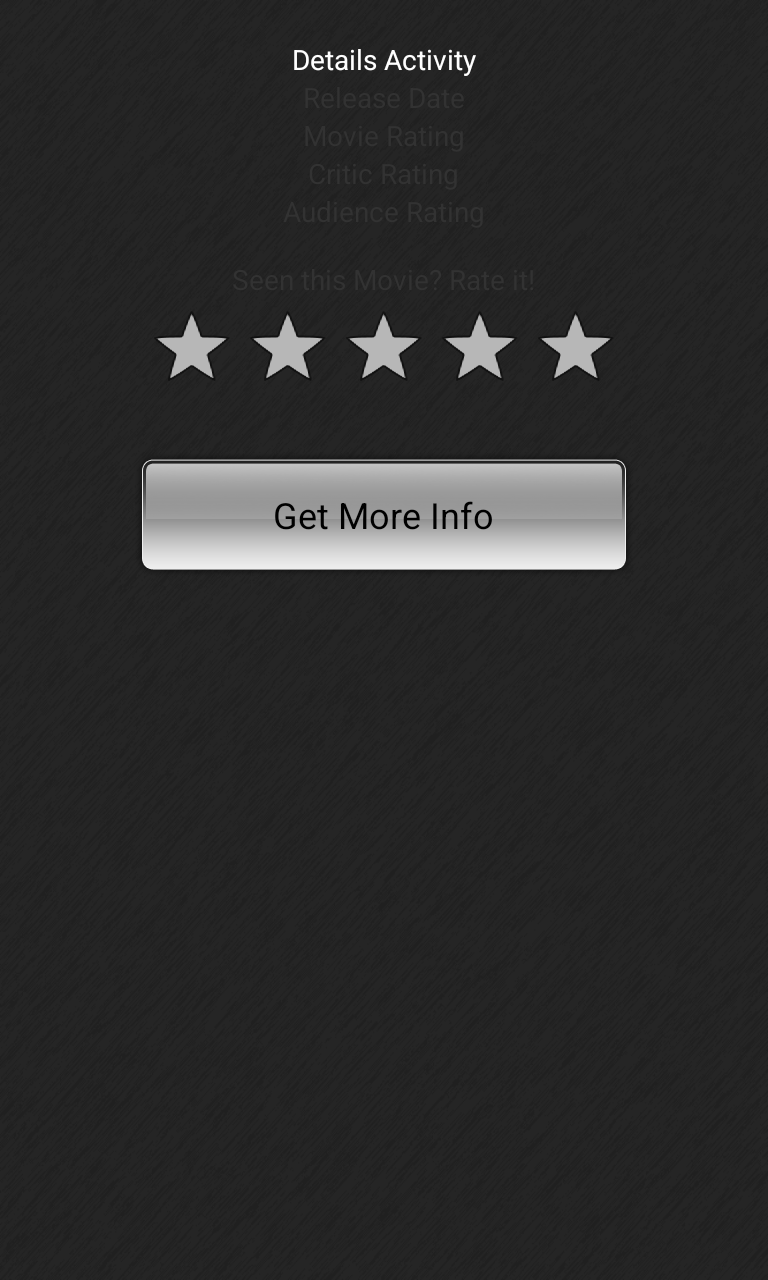
Repository: efreestone/Java2_Freestone
Layout: Java2Project2/res/layout/activity_details.xml
An editor plug-in stored every save of this project. The layout is shown before and after the next save, followed by the edit.
It is drawn on a 768 x 1280 px phone screen (xhdpi) without system bars, with theme AppTheme; the app's code is not run.

Above is the layout before, as saved 2014-05-16 01:39:13.

After the next save:
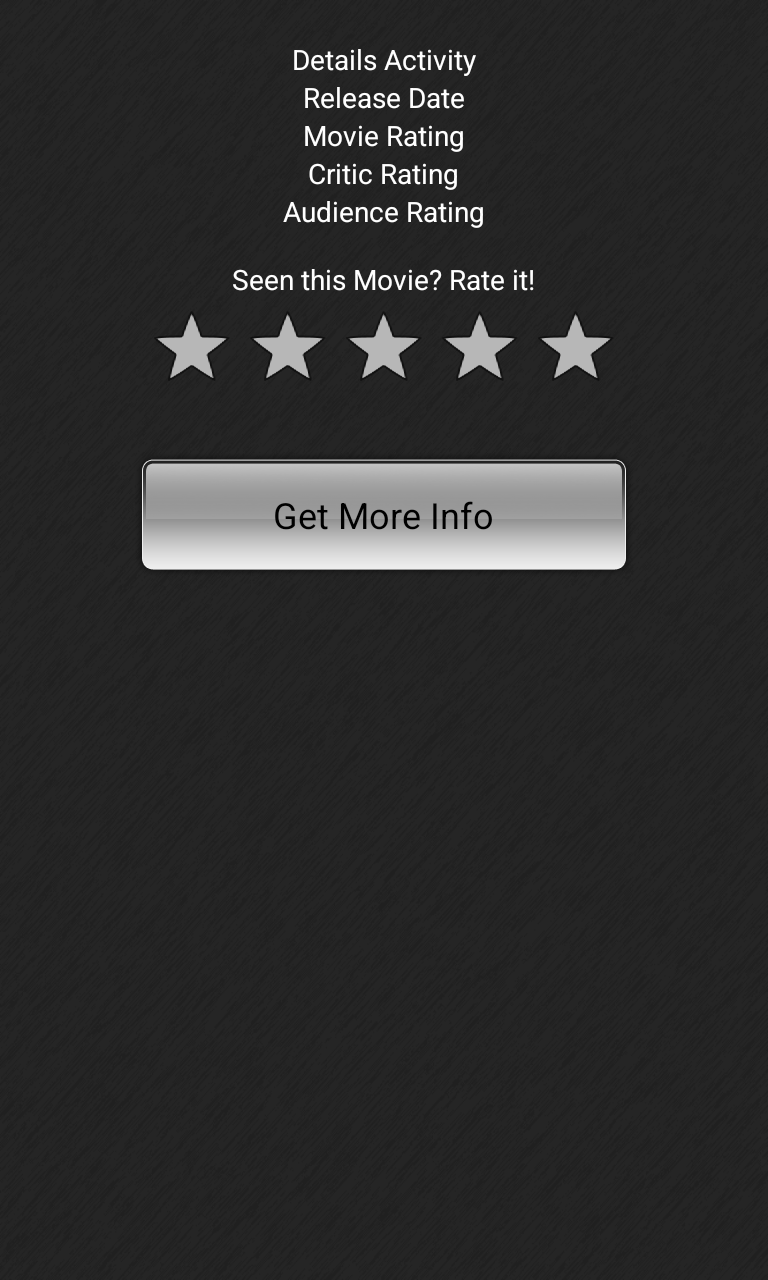
Saved 21 s later.
--- a/Java2Project2/res/layout/activity_details.xml
+++ b/Java2Project2/res/layout/activity_details.xml
@@ -18,31 +18,35 @@
         android:id="@+id/releaseTextView"
         android:layout_width="wrap_content"
         android:layout_height="wrap_content"
-
+        android:textColor="#ffffff"
         android:text="Release Date" />
 
     <TextView
         android:id="@+id/movieRatingTextView"
         android:layout_width="wrap_content"
         android:layout_height="wrap_content"
+        android:textColor="#ffffff"
         android:text="Movie Rating" />
 
     <TextView
         android:id="@+id/criticRatingTextView"
         android:layout_width="wrap_content"
         android:layout_height="wrap_content"
+        android:textColor="#ffffff"
         android:text="Critic Rating" />
 
     <TextView
         android:id="@+id/audienceRatingTextView"
         android:layout_width="wrap_content"
         android:layout_height="wrap_content"
+        android:textColor="#ffffff"
         android:text="Audience Rating" />
 
     <TextView
         android:id="@+id/ratingsBarTitle"
         android:layout_width="wrap_content"
         android:layout_height="wrap_content"
+        android:textColor="#ffffff"
         android:paddingTop="15dp"
         android:text="@string/ratingBarTitleString" />
 
